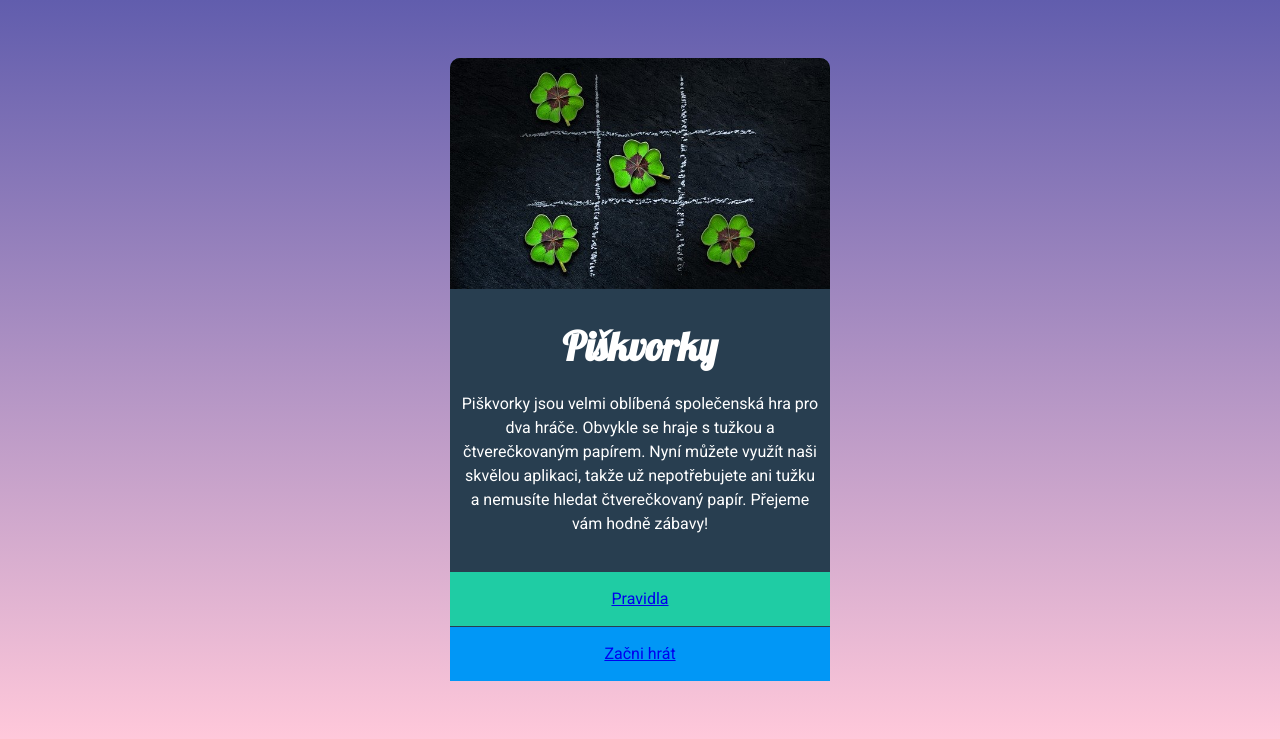
Repository: VerPro/piskvorky
Page: index.html
These files come from the project's save history. The page is drawn as it stood at one moment and after the next save; the edit follows.
The browser window is 1280 px wide. The pictures show the whole page.

Above is the page before, as saved 2021-03-24 21:42:36.

After the next save:
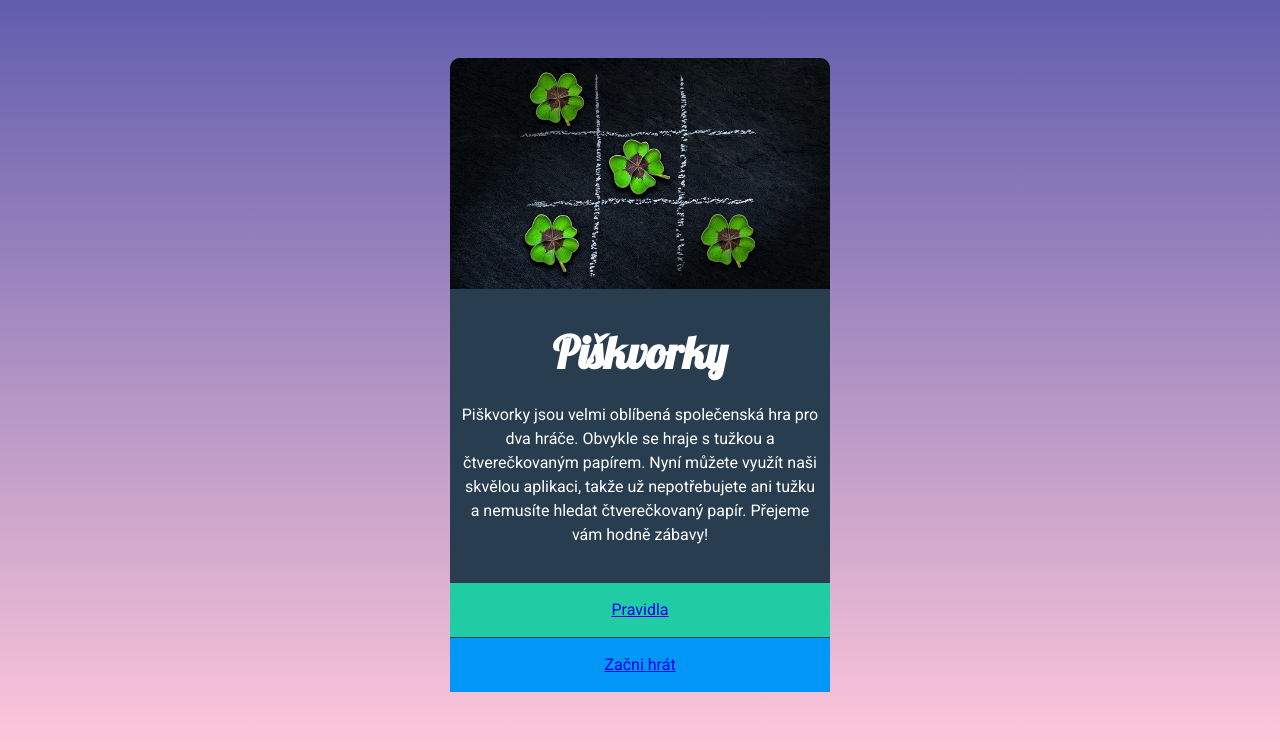
Saved 19 s later.
--- a/styly.css
+++ b/styly.css
@@ -16,7 +16,7 @@ h1 {
   font-family: 'Lobster', cursive;
   text-align: center;
   margin-bottom: 0;
-  font-size: 40px;
+  font-size: 45px;
 }
 
 p {
